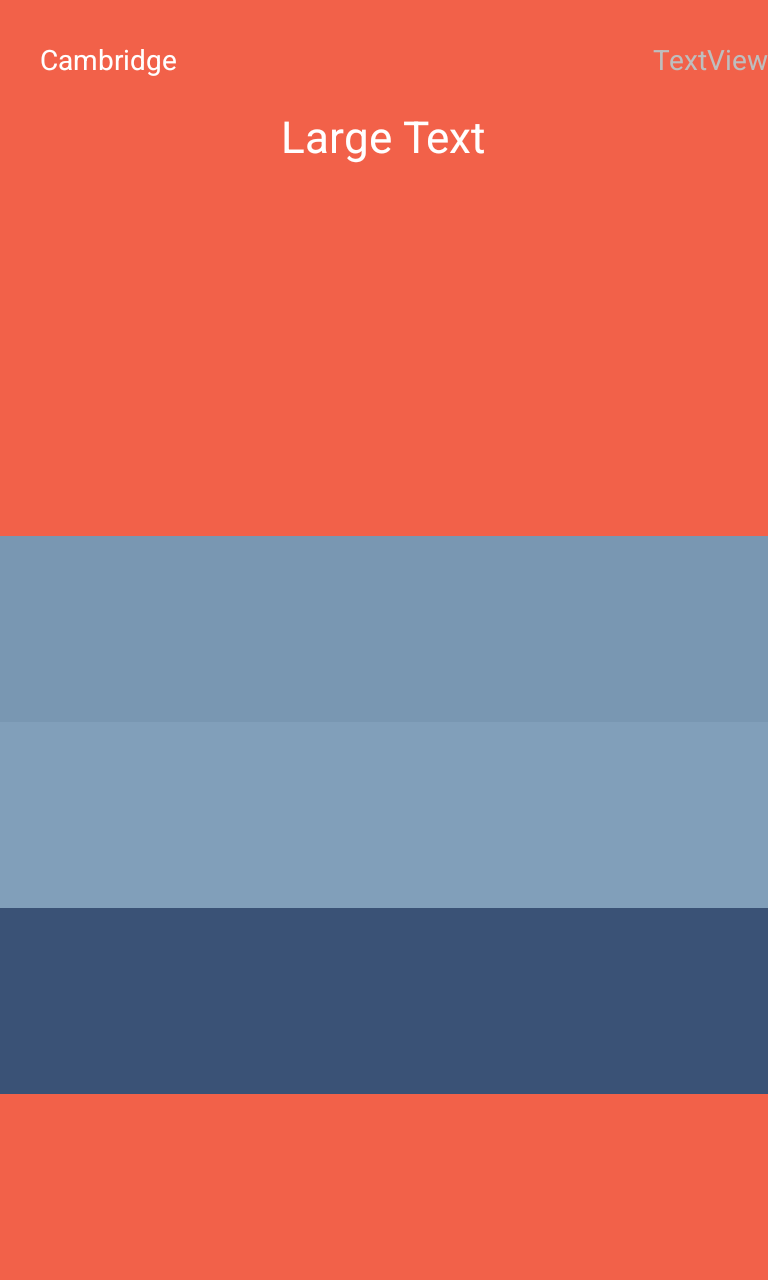
Repository: HarithaAmmuHari/Project
Layout: ExampleAnoop/res/layout/activity_main.xml
An editor plug-in stored every save of this project. The layout is shown before and after the next save, followed by the edit.
It is drawn on a 768 x 1280 px phone screen (xhdpi) without system bars, with theme android:Theme; the app's code is not run.

Above is the layout before, as saved 2015-01-24 05:25:31.

After the next save:
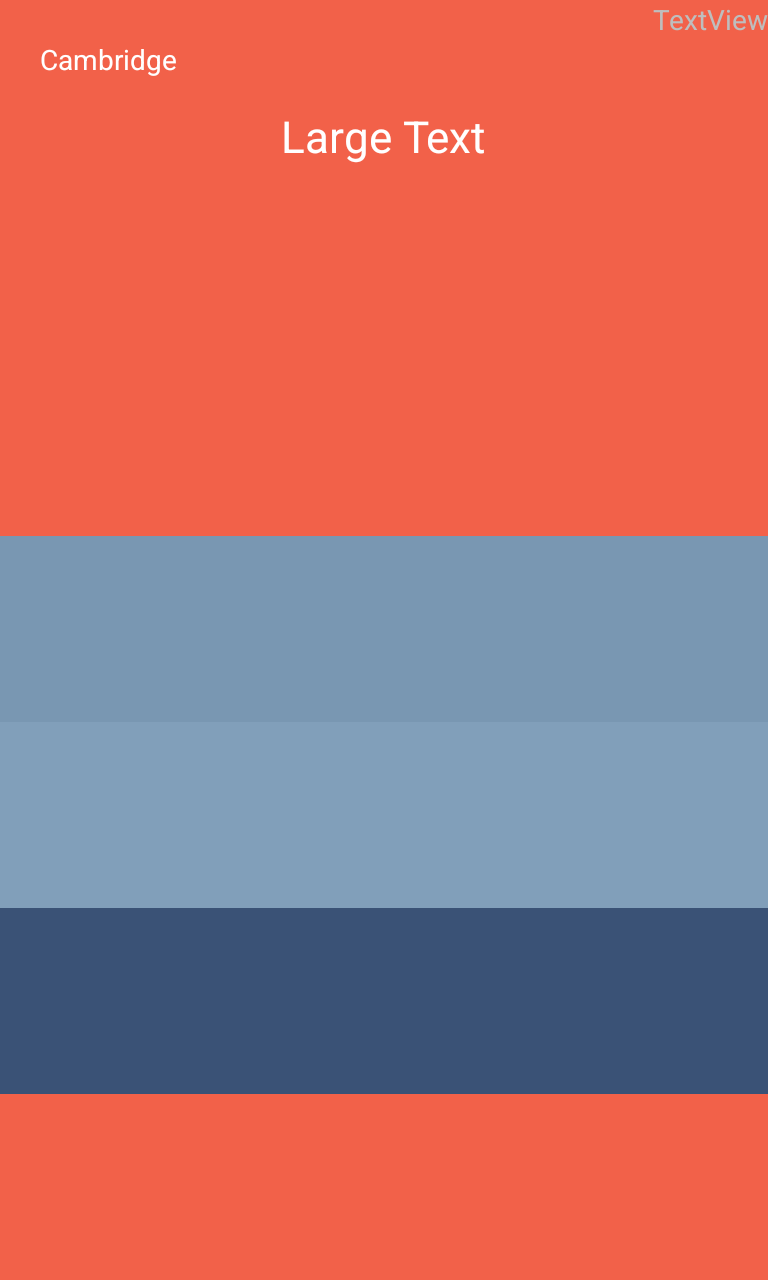
Saved 24 s later.
--- a/ExampleAnoop/res/layout/activity_main.xml
+++ b/ExampleAnoop/res/layout/activity_main.xml
@@ -22,14 +22,14 @@
             android:layout_marginLeft="20dp"
             android:layout_marginTop="20dp"
             android:text="Cambridge"
-            android:textColor="#ffffff" />
+            android:textColor="#ffffff"
+            android:textSize="\" />
 
         <TextView
             android:id="@+id/textView2"
             android:layout_width="wrap_content"
             android:layout_height="wrap_content"
-            android:layout_alignBaseline="@+id/textView1"
-            android:layout_alignBottom="@+id/textView1"
+
             android:layout_alignParentRight="true"
             android:text="TextView" />
 
